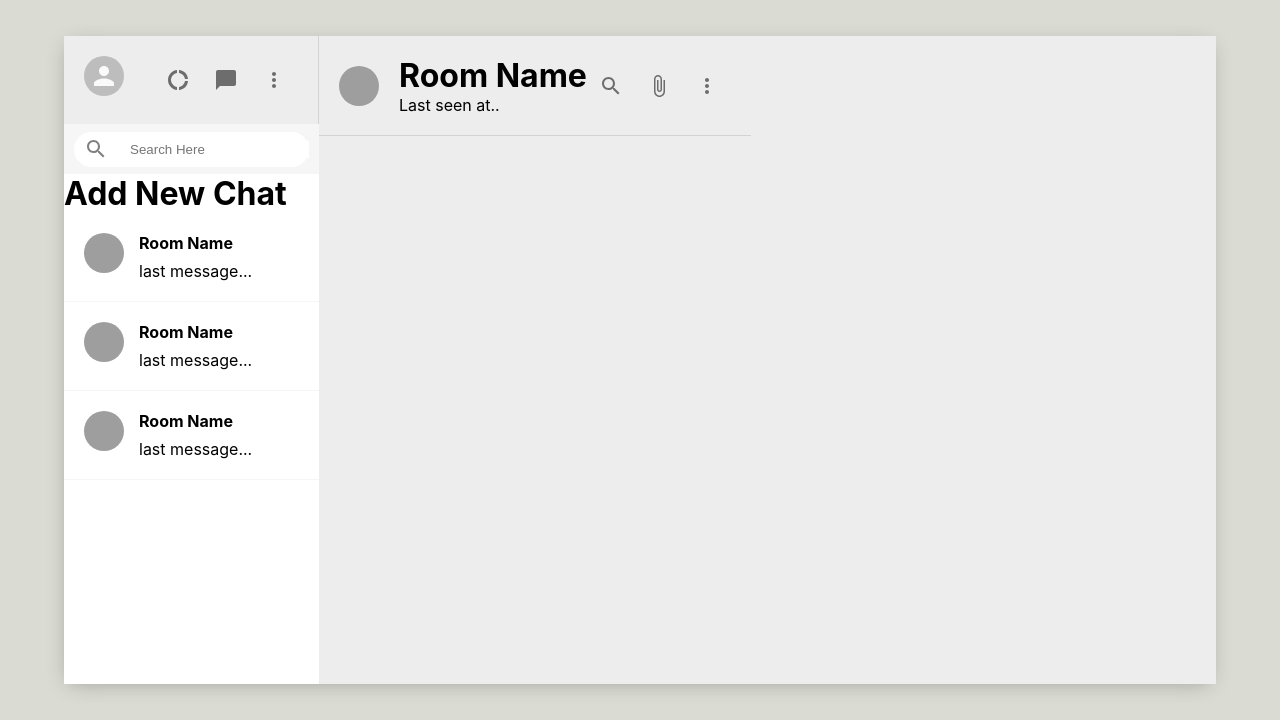
Repository: Prafullkuma/whatsappclon
Page: /
The author's editor kept a copy of each file at every save. The page is drawn from the files as they stood at one save, then again after the next save.
The browser window is 1280 px wide. The pictures show the whole page.
Pictures or frames that could not be fetched are drawn as grey boxes. The project was rebuilt for these pictures with package versions that can differ from the ones it lists, and the page was loaded fresh each time.

Above is the page before, as saved 2020-08-19 13:00:46.

After the next save:
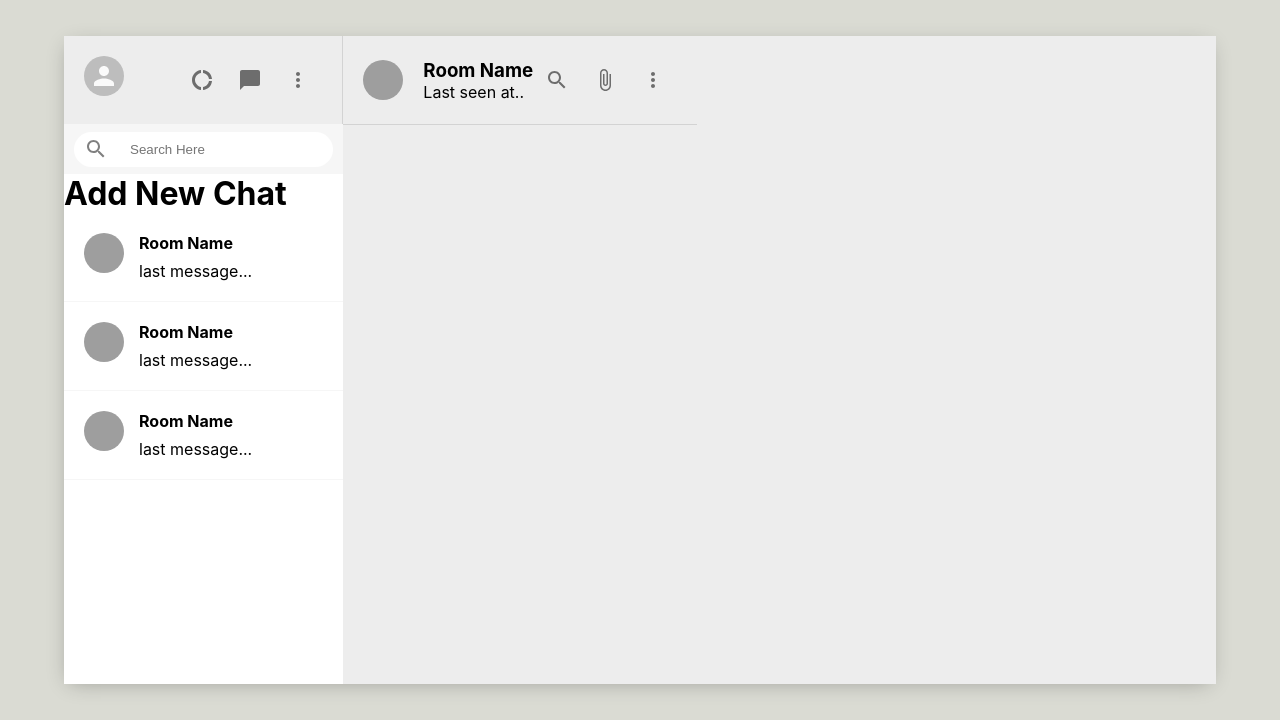
Saved 47 s later.
--- a/src/Component/MainChat.js
+++ b/src/Component/MainChat.js
@@ -17,7 +17,7 @@ function MainChat() {
             <div className="mainChat_header">
                 <Avatar src={`https://avatars.dicebear.com/api/human/${seed}.svg`} />
                 <div className="chat_headerInfo">
-                    <h1>Room Name</h1>
+                    <h3>Room Name</h3>
                     <p>Last seen at..</p>
                 </div>
                 <div className="chat__headerRight">
